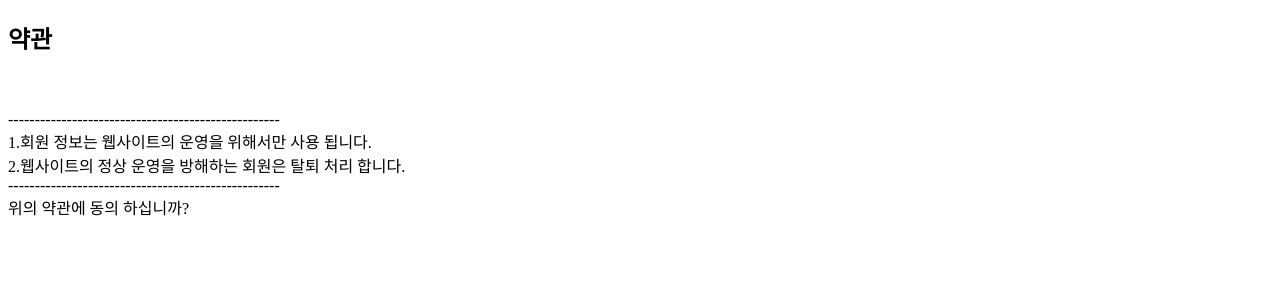
Repository: tjdwlsaos22/TJ_JSP
Page: http://localhost/Session/personal2.jsp
These files come from the project's save history. The page is drawn as it stood at one moment and after the next save; the edit follows.
The browser window is 1280 px wide. The pictures show the whole page.
The page is served by Tomcat 9.

Above is the page before, as saved 2024-01-22 05:00:03.

After the next save:
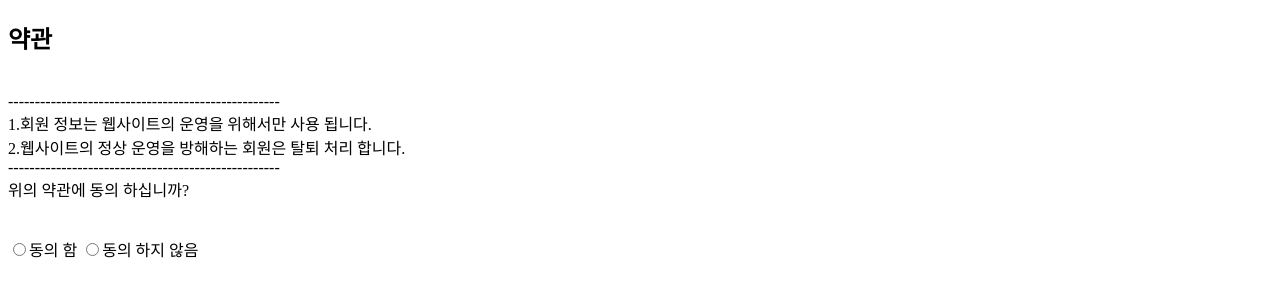
Saved 79 s later.
--- a/jsp1/Session/src/main/webapp/personal2.jsp
+++ b/jsp1/Session/src/main/webapp/personal2.jsp
@@ -8,13 +8,16 @@
 </head>
 <body>
 
-	<h2>약관</h2><br><br>
+	<h2>약관</h2><br>
 	---------------------------------------------------<br>
 	1.회원 정보는 웹사이트의 운영을 위해서만 사용 됩니다.<br>
 	2.웹사이트의 정상 운영을 방해하는 회원은 탈퇴 처리 합니다.<br>
 	---------------------------------------------------<br>
 	위의 약관에 동의 하십니까?<br><br><br>
 
+	<input type="radio" name="agree" value="agree" >동의 함
+	<input type="radio" name="agree" value="disagress" >동의 하지 않음
+
 
 </body>
 </html>
